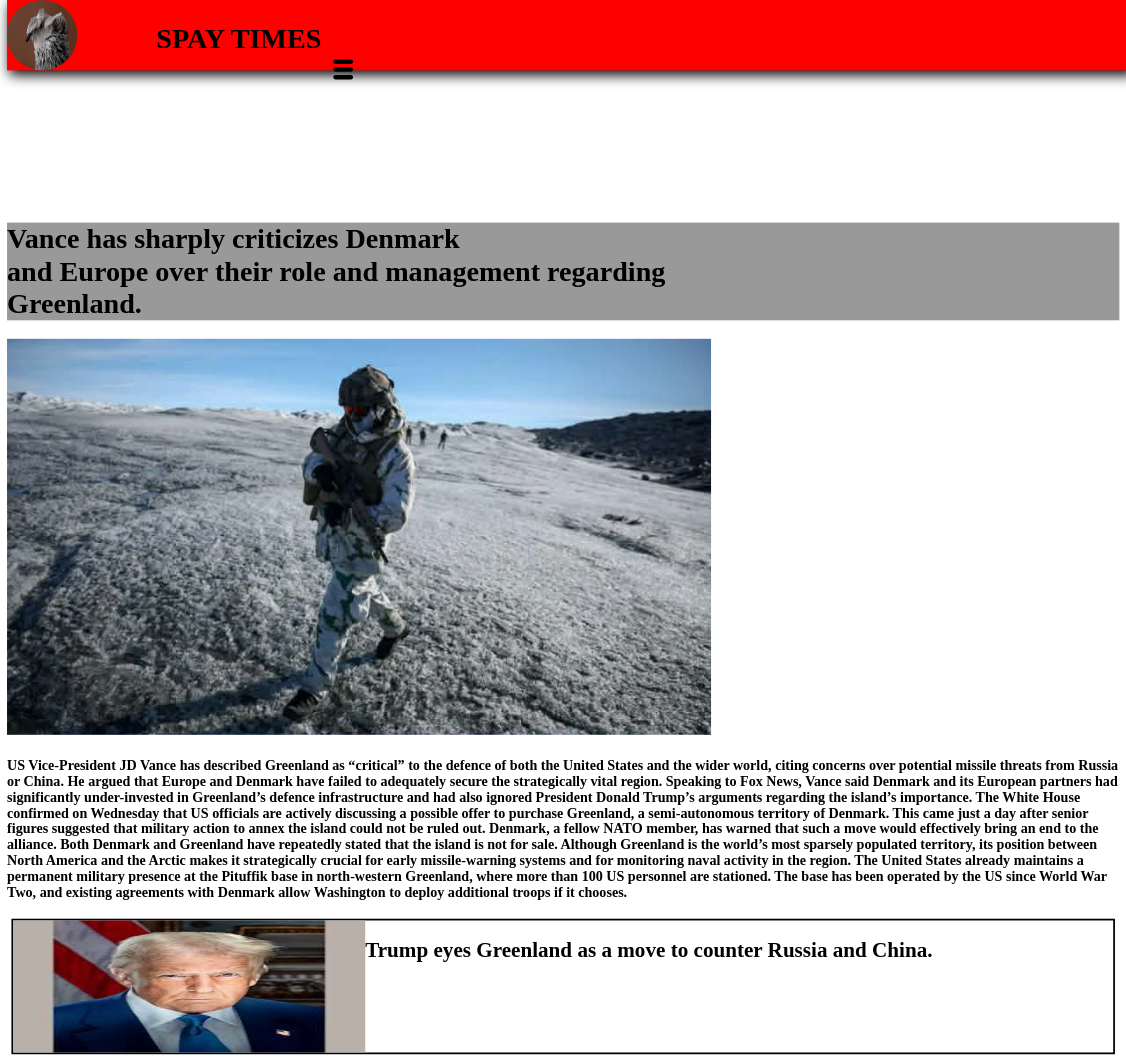
Repository: ridhukhan/spytimes
Page: /
These files come from the project's save history. The page is drawn as it stood at one moment and after the next save; the edit follows.
The browser window is 1280 px wide. The pictures show the whole page, at 88% of full size.
The project was rebuilt for these pictures with package versions that can differ from the ones it lists, and the page was loaded fresh each time. Also part of the build but not shown: vite.config.js, src/nav/Navbar.css, src/components/policy/PrivecyPolicy.jsx, src/components/policy/Terms.jsx.

Above is the page before, as saved 2026-01-10 20:27:31.

### index.html
<!doctype html>
<html lang="en">
  <head>
    <meta charset="UTF-8" />
    <link rel="icon" type="image/svg+xml" href="/vite.svg" />
    <meta name="6a97888e-site-verification" content="945cf2ffcb6885b11db89e632c2e0750">

    <meta name="viewport" content="width=device-width, initial-scale=1.0" />
    <title>spytimes</title>
  </head>
  <body>
    <div id="root"></div>
    <script type="module" src="/src/main.jsx"></script>
  </body>
</html>

### src/main.jsx
import { StrictMode } from 'react'
import {BrowserRouter} from "react-router-dom"

import { createRoot } from 'react-dom/client'
import './index.css'
import App from './App.jsx'
createRoot(document.getElementById('root')).render(
  <StrictMode>
    <BrowserRouter>
    <App />
    </BrowserRouter>
  </StrictMode>,
)

### src/index.css
@media screen and (max-width:414px){
  *{
    width: 100%;
    padding:0;
margin: 0;
  }

  body{
width: 100%;
background-color: white;
color: black;
  }
}

### src/App.jsx
import { Route, Routes } from "react-router-dom"
import Navbar from "./nav/Navbar"
import Home from "./pages/home/Home"
import PrivecyPolicy from "./components/policy/PrivecyPolicy"
import Terms from "./components/policy/Terms"



function App() {

  return (
    <div>
   <Navbar/>
   <Routes>
    <Route path="/" element={<Home/>}/>
    <Route  path="/privecypolicy" element={<PrivecyPolicy/>}/>
    <Route  path="/Terms" element={<Terms/>}/>

   </Routes>
    </div>
  )
}

export default App

### src/nav/Navbar.jsx
import React from 'react'
import "./Navbar.css"
import { ImCross } from "react-icons/im";
import { TiThMenu } from "react-icons/ti";
import logo from "../assets/download.jpeg"
import { useState } from 'react';
import { Link, Navigate } from 'react-router-dom';
const Navbar = () => {
    const [openmenu,setOpenmenu]=useState(false)
  return (
    <div style={{position:"fixed",backgroundColor:"red",display:"flex",
    width:"100%", height:"80px", top:"0", zIndex:"1000", boxShadow:"2px 5px 14px black"}}>
<img src={logo} alt="logo" style={{width:"80px", height:"80px", borderRadius:"100%"}}/>
<h1 style={{marginTop:"2%", marginLeft:"7%",}}>SPAY TIMES</h1>
<TiThMenu  onClick={()=>setOpenmenu(!openmenu)}  style={{width:"50px",height:"30px", marginTop:"5%", }}/>

   {openmenu? <div style={{display:"grid",position:"absolute",width:"90%",background:"black", height:"600px", zIndex:"999", marginTop:"10%", borderRadius:"19px", right:"0"}}>
<ImCross onClick={()=>setOpenmenu(null)} style={{ color:"red", left:"0", justifyContent:"flex-start", width:"50px", height:"30px"}}/>

  <ul>


    <Link to={"/"}><li>Home</li></Link>
    <li>USA</li>
    <li>UK</li>
    <li>ASIA</li>
    <li>HOLLYWOOD</li>
   <Link to={"/privecypolicy"}><li style={{color:"blue"}}>Privecy Policy</li></Link>
<Link to={"/Terms"}><li style={{color:"blue"}}>Terms &  condition</li></Link>

  </ul>










   </div>: null}
    </div>
  )
}


export default Navbar

### src/pages/home/Home.jsx
import React from 'react'
import home1 from "../../assets/home1.jpeg"
import Trending from '../../components/trending/Trending'
const Home = () => {
  return (
    <div style={{marginTop:"20%"}}>


        <h1 style={{backgroundColor:"#999"}}>Vance has sharply criticizes Denmark <br /> and Europe over their role and management regarding <br /> Greenland.</h1>

        <img src={home1} alt="home1" />
       <h4>
        US Vice-President JD Vance has described Greenland as “critical” to the defence of both the United States and the wider world, citing concerns over potential missile threats from Russia or China. He argued that Europe and Denmark have failed to adequately secure the strategically vital region.

Speaking to Fox News, Vance said Denmark and its European partners had significantly under-invested in Greenland’s defence infrastructure and had also ignored President Donald Trump’s arguments regarding the island’s importance.

The White House confirmed on Wednesday that US officials are actively discussing a possible offer to purchase Greenland, a semi-autonomous territory of Denmark. This came just a day after senior figures suggested that military action to annex the island could not be ruled out.

Denmark, a fellow NATO member, has warned that such a move would effectively bring an end to the alliance. Both Denmark and Greenland have repeatedly stated that the island is not for sale.

Although Greenland is the world’s most sparsely populated territory, its position between North America and the Arctic makes it strategically crucial for early missile-warning systems and for monitoring naval activity in the region.

The United States already maintains a permanent military presence at the Pituffik base in north-western Greenland, where more than 100 US personnel are stationed. The base has been operated by the US since World War Two, and existing agreements with Denmark allow Washington to deploy additional troops if it chooses.
       </h4>
<Trending/>
    </div>
  )
}

export default Home

### src/components/trending/Trending.jsx
import React from 'react'
import donaldtrump from "../../assets/donaldtrump.jpeg"
const Trending = () => {
  return (
    <div style={{display:"flex", marginTop:"5%", border:"2px solid black", margin:"5px"}}>

<img src={donaldtrump} alt="donaldtrump" style={{width:"400px", height:"150px"}}/>
<h2>Trump eyes Greenland as a move to counter Russia and China.</h2>
    </div>
  )
}

export default Trending

After the next save:
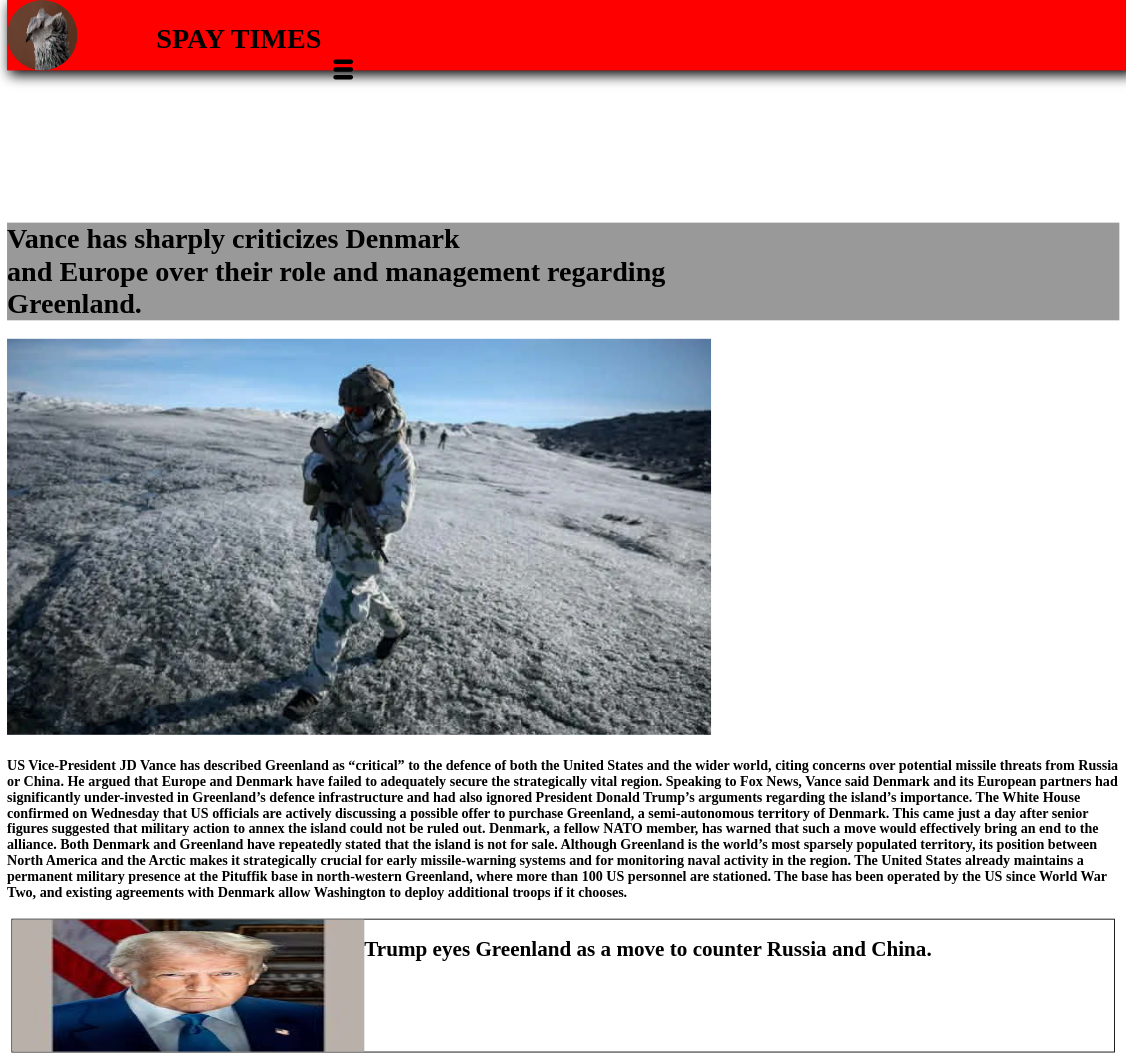
Saved 8 s later.
--- a/src/components/trending/Trending.jsx
+++ b/src/components/trending/Trending.jsx
@@ -2,7 +2,7 @@ import React from 'react'
 import donaldtrump from "../../assets/donaldtrump.jpeg"
 const Trending = () => {
   return (
-    <div style={{display:"flex", marginTop:"5%", border:"2px solid black", margin:"5px"}}>
+    <div style={{display:"flex", marginTop:"5%", border:"1px solid black", margin:"5px"}}>
 
 <img src={donaldtrump} alt="donaldtrump" style={{width:"400px", height:"150px"}}/>
 <h2>Trump eyes Greenland as a move to counter Russia and China.</h2>
